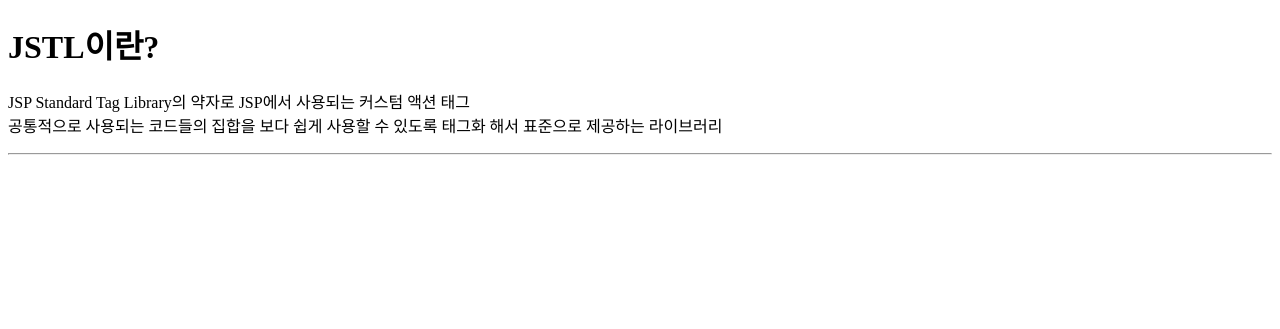
Repository: DonghwanSon1/ajax-jsp-study
Page: http://localhost/ActionProject/views/3_CustomAction/jstl.jsp
The author's editor kept a copy of each file at every save. The page is drawn from the files as they stood at one save, then again after the next save.
The browser window is 1280 px wide. The pictures show the whole page.
The page is served by Tomcat 9. Other server files are loaded and not shown.

Above is the page before, as saved 2022-07-12 05:50:39.

### ActionProject/WebContent/views/3_CustomAction/jstl.jsp
<%@ page language="java" contentType="text/html; charset=UTF-8"
    pageEncoding="UTF-8"%>
<!DOCTYPE html>
<html>
<head>
<meta charset="UTF-8">
<title>JSTL 페이지</title>
</head>
<body>


	<h1>JSTL이란?</h1>

	<p>
		JSP Standard Tag Library의 약자로 JSP에서 사용되는 커스텀 액션 태그 <br>
		공통적으로 사용되는 코드들의 집합을 보다 쉽게 사용할 수 있도록 태그화 해서 표준으로 제공하는 라이브러리
	</p>

	<hr>
















</body>
</html>

After the next save:
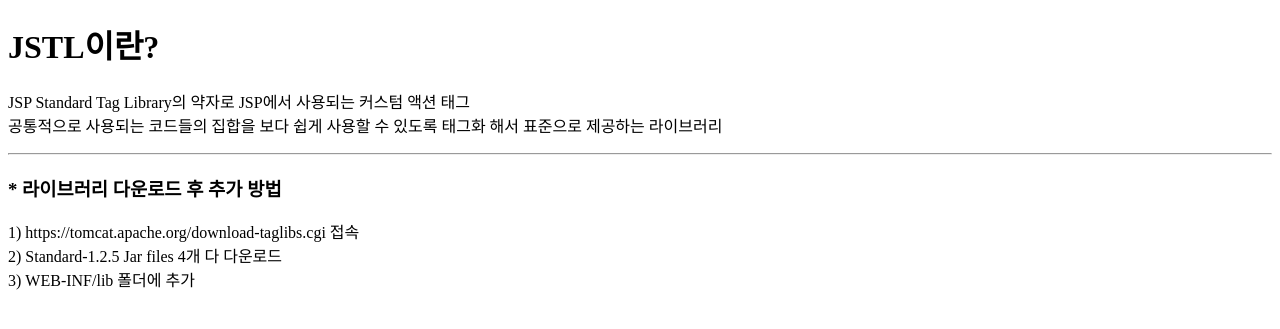
Saved 15 min 3 s later.
--- a/ActionProject/WebContent/views/3_CustomAction/jstl.jsp
+++ b/ActionProject/WebContent/views/3_CustomAction/jstl.jsp
@@ -18,9 +18,10 @@
 
 	<hr>
 
-
-
-
+	<h3>* 라이브러리 다운로드 후 추가 방법</h3>
+	1) https://tomcat.apache.org/download-taglibs.cgi 접속 <br>
+	2) Standard-1.2.5 Jar files 4개 다 다운로드 <br>
+	3) WEB-INF/lib 폴더에 추가 <br>
 
 
 
